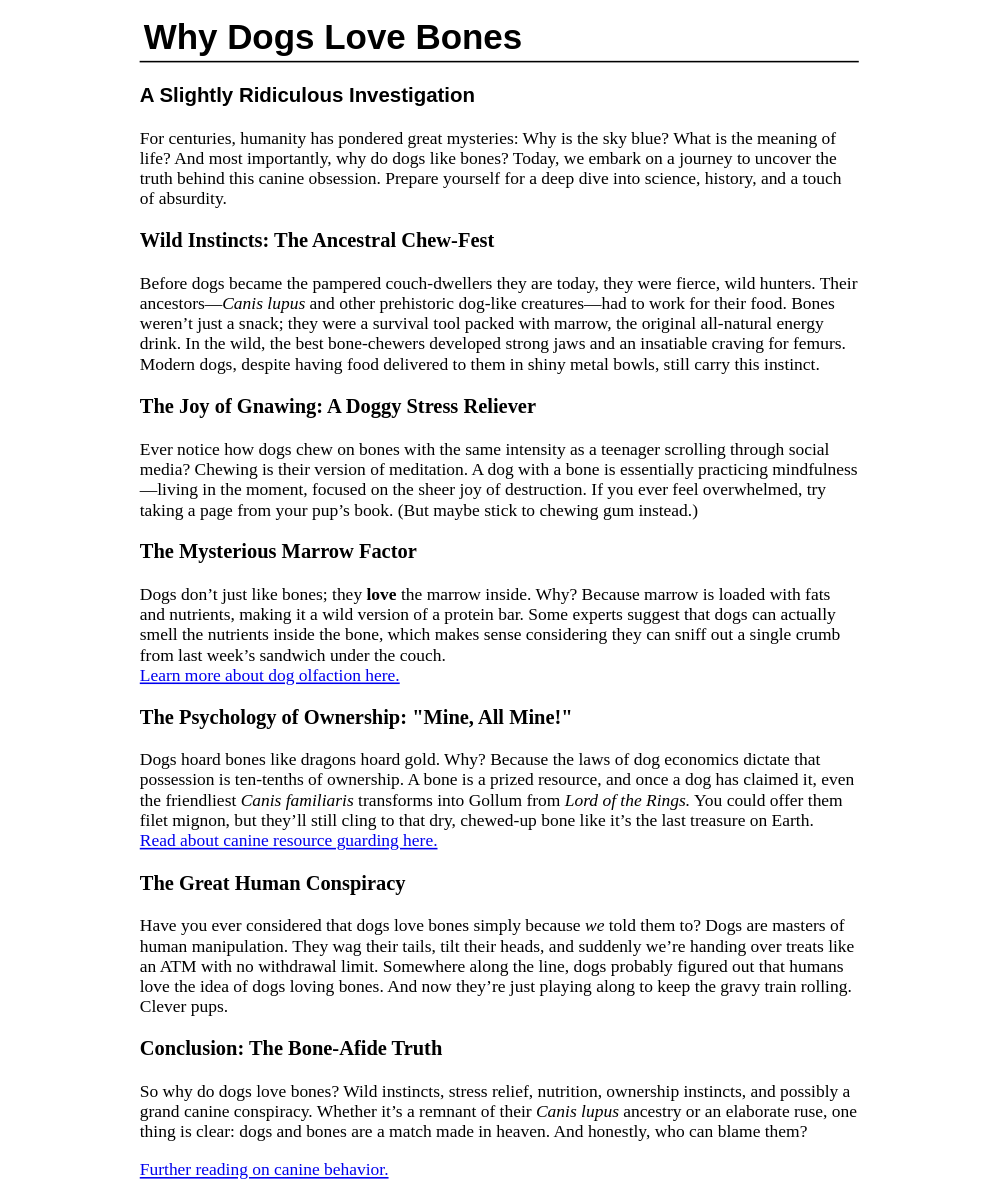
Repository: Leith-vdl/apprentice-challenge-1
Page: index.html
An editor plug-in stored every save of this project. The page is shown before and after the next save, followed by the edit.
The browser window is 1280 px wide. The pictures show the whole page, at 78% of full size.

Above is the page before, as saved 2025-01-31 15:19:52.

After the next save:
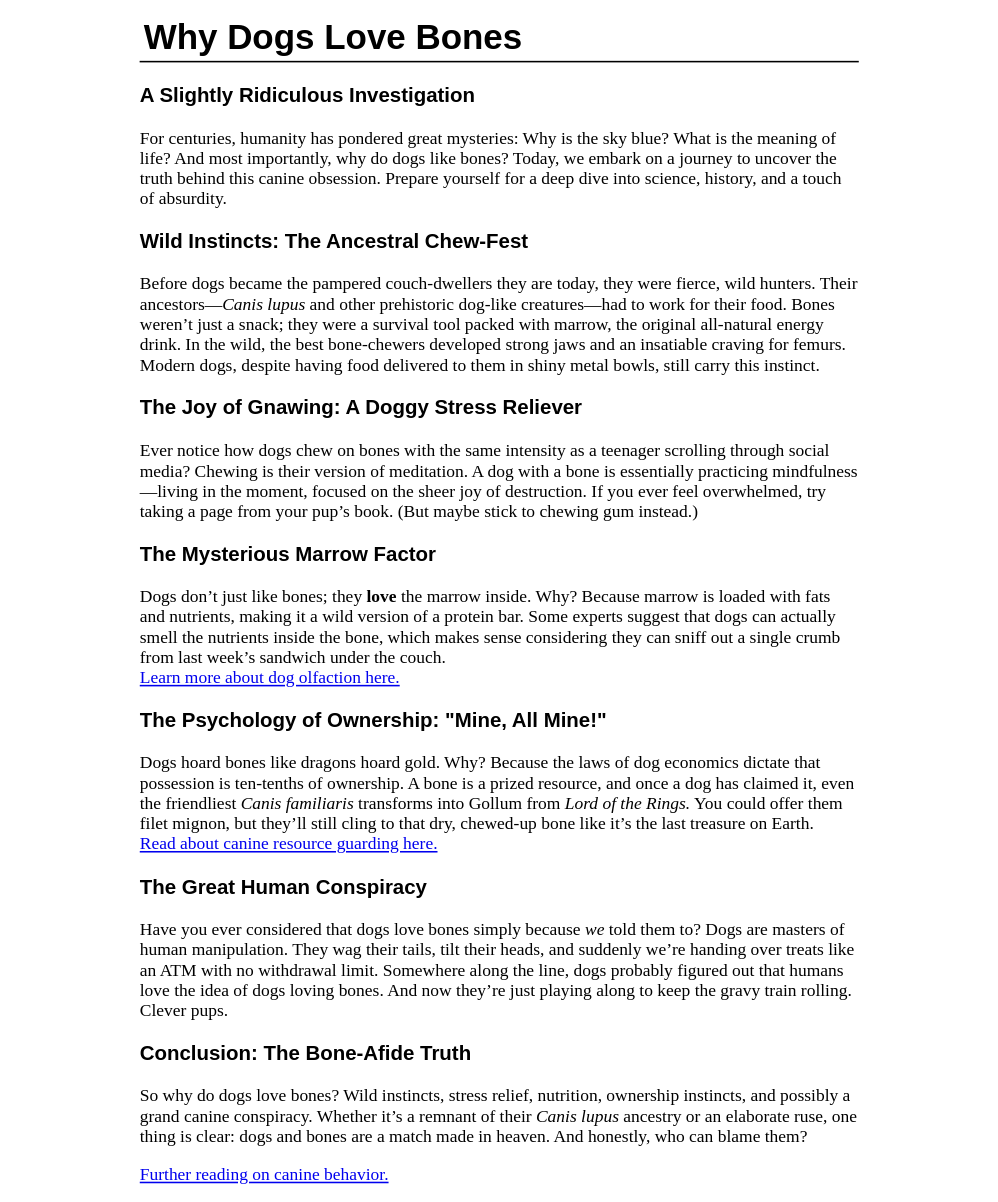
Saved 36 s later.
--- a/index.html
+++ b/index.html
@@ -23,7 +23,7 @@
             </p>
         </section>
         <section>
-            <h3>Wild Instincts: The Ancestral Chew-Fest</h3>
+            <h3 class="section-title">Wild Instincts: The Ancestral Chew-Fest</h3>
             <p>
                 Before dogs became the pampered couch-dwellers they are today, they were fierce, wild
                 hunters. Their ancestors—<i>Canis lupus</i> and other prehistoric dog-like creatures—had to work for
@@ -34,7 +34,7 @@
             </p>
         </section>
         <section>
-            <h3>The Joy of Gnawing: A Doggy Stress Reliever</h3>
+            <h3 class="section-title">The Joy of Gnawing: A Doggy Stress Reliever</h3>
             <p>
                 Ever notice how dogs chew on bones with the same intensity as a teenager scrolling through
                 social media? Chewing is their version of meditation. A dog with a bone is essentially practicing
@@ -44,7 +44,7 @@
             </p>
         </section>
         <section>
-            <h3>The Mysterious Marrow Factor</h3>
+            <h3 class="section-title">The Mysterious Marrow Factor</h3>
             <p>
                 Dogs don’t just like bones; they <b>love</b> the marrow inside. Why? Because marrow is loaded with
                 fats and nutrients, making it a wild version of a protein bar. Some experts suggest that dogs
@@ -54,7 +54,7 @@
             </p>
         </section>
         <section>
-            <h3>The Psychology of Ownership: "Mine, All Mine!"</h3>
+            <h3 class="section-title">The Psychology of Ownership: "Mine, All Mine!"</h3>
             <p>
                 Dogs hoard bones like dragons hoard gold. Why? Because the laws of dog economics dictate
                 that possession is ten-tenths of ownership. A bone is a prized resource, and once a dog has
@@ -65,7 +65,7 @@
             </p>
         </section>
         <section>
-            <h3>The Great Human Conspiracy</h3>
+            <h3 class="section-title">The Great Human Conspiracy</h3>
             <p>
                 Have you ever considered that dogs love bones simply because <i>we</i> told them to? Dogs are
                 masters of human manipulation. They wag their tails, tilt their heads, and suddenly we’re
@@ -75,7 +75,7 @@
             </p>
         </section>
         <section>
-            <h3>Conclusion: The Bone-Afide Truth</h3>
+            <h3 class="section-title">Conclusion: The Bone-Afide Truth</h3>
             <p>
                 So why do dogs love bones? Wild instincts, stress relief, nutrition, ownership instincts, and
                 possibly a grand canine conspiracy. Whether it’s a remnant of their <i>Canis lupus</i> ancestry or an
